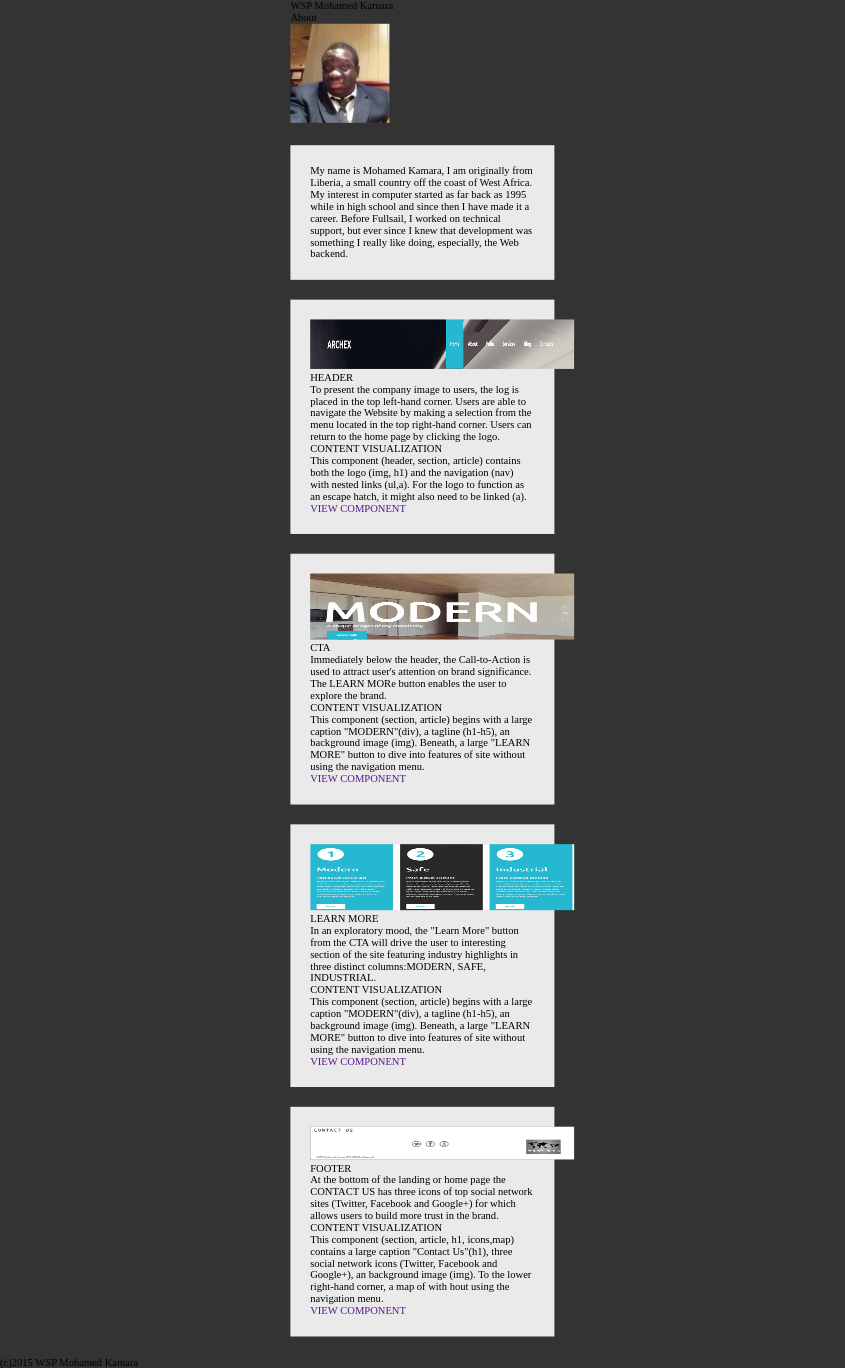
Repository: makamara/WSP_Project
Page: wsp/index.html
These files come from the project's save history. The page is drawn as it stood at one moment and after the next save; the edit follows.
The browser window is 1280 px wide. The pictures show the whole page, at 66% of full size.

Above is the page before, as saved 2015-09-15 17:09:59.

### wsp/index.html
<!DOCTYPE html>
<html>
<head>
	<title>WSP: Mohamed Kamara</title>
	<link rel="stylesheet" type="text/css" href="css/reset.css" />
	<link rel="stylesheet" type="text/css" href="css/main.css" />
</head>
<body>


	<!-- Header -->
	<header>
		<h1>WSP Mohamed Kamara</h1>
	</header>

	<!-- About -->
	<section>
		<h1>About</h1>
		<div class="image">
			<img src="images/art_pix.jpg" alt="Mohamed Kamara" width="150" height="150" />
		</div>
		<article>
		<p>My name is Mohamed Kamara, I am originally from Liberia, a small country off the coast of West Africa. My interest in computer
		started as far back as 1995 while in high school and since then I have made it a career. Before Fullsail, I worked on technical
		support, but ever since I knew that development was something I really like doing, especially, the Web backend.
		</p>
		</article>
	</section>

	<!-- Blog, Components -->
	<section>
		<!-- Header section -->
		<article>

			<img src="images/header.png" alt="Header Section" width="400" height="75" />
			<h1>HEADER</h1>
			<p>To present the company image to users, the log is placed in the top left-hand corner. Users are able to navigate the Website
			by making a selection from the menu located in the top right-hand corner. Users can return to the home page by clicking the logo.
			</p>
			<h2>CONTENT VISUALIZATION</h2>
			<p>This component (header, section, article) contains both the logo (img, h1) and the navigation (nav) with nested links (ul,a).
			For the logo to function as an escape hatch, it might also need to be linked (a).
			</p>
			<p><a href="" class="button">VIEW COMPONENT</a></p>
		</article>
		<!-- CTA section -->
		<article>
			<img src="images/cta.jpg" alt="CTA" width="400" height="100" />
			<h1>CTA</h1>
			<p>Immediately below the header, the Call-to-Action is used to attract user's attention on brand significance.
				The <strong>LEARN MORe</strong> button enables the user to explore the brand.
			</p>
			<h2>CONTENT VISUALIZATION</h2>
			<p>This component (section, article) begins with a large caption "MODERN"(div), a tagline (h1-h5), an background image (img).
			Beneath, a large "LEARN MORE" button to dive into features of site without using the navigation menu.
			</p>
			<p><a href="" class="button">VIEW COMPONENT</a></p>
		</article>
	<!-- LEARN MORE section -->
		<article>
			<img src="images/learnmore.jpg" alt="Learn More" width="400" height="100" />
			<h1>LEARN MORE</h1>
			<p>In an exploratory mood, the "Learn More" button from the CTA will drive the user to interesting section of the site featuring
			industry highlights in three distinct columns:MODERN, SAFE, INDUSTRIAL.

			</p>
			<h2>CONTENT VISUALIZATION</h2>
			<p>This component (section, article) begins with a large caption "MODERN"(div), a tagline (h1-h5), an background image (img).
			Beneath, a large "LEARN MORE" button to dive into features of site without using the navigation menu.
			</p>
			<p><a href="" class="button">VIEW COMPONENT</a></p>
		</article>
		<!-- FOOTER section -->
		<article>
			<img src="images/footer.jpg" alt="Footer" width="400" height="50" />
			<h1>FOOTER</h1>
			<p>At the bottom of the landing or home page the CONTACT US has three icons of top social network sites (Twitter, Facebook and Google+) for
			which allows users to build more trust in the brand.

			</p>
			<h2>CONTENT VISUALIZATION</h2>
			<p>This component (section, article, h1, icons,map) contains a large caption "Contact Us"(h1), three social network icons (Twitter, Facebook and Google+),
				 an background image (img). To the lower right-hand corner, a map of with hout using the navigation menu.
			</p>
			<p><a href="" class="button">VIEW COMPONENT</a></p>
		</article>
	</section>
<footer>(c)2015 WSP Mohamed Kamara</footer>
</body>
</html>

### wsp/css/reset.css
/* CSS RESET
====================================================================================================
====================================================================================================
*/



html, body, div, main, span, applet, object, iframe,
h1, h2, h3, h4, h5, h6, p, blockquote, pre,
a, abbr, acronym, address, big, cite, code,
del, dfn, em, img, ins, kbd, q, s, samp,
small, strike, strong, sub, sup, tt, var,
b, u, i, center,
dl, dt, dd, ol, ul, li,
fieldset, form, label, legend, input, textarea,
table, caption, tbody, tfoot, thead, tr, th, td,
article, aside, canvas, details, embed,
figure, figcaption, footer, header, hgroup,
menu, nav, output, ruby, section, summary,
time, mark, audio, video,
::before, ::after {

	margin: 0; padding: 0;
	border: 0;
	font-size: 100%;
	font: inherit;
	vertical-align: baseline;
	text-decoration: none;

	box-sizing: border-box;

}

// HTML5 - Older browser support
// ======================================================================
article, aside, details, figcaption, figure,
footer, header, hgroup, menu, nav, section {
	display: block;
}


// BODY
// ======================================================================
body { line-height: 1; }


// LISTS - Clear bullets
// ======================================================================
ol, ul { list-style: none; }


// QUOTES
// ======================================================================
blockquote, q { quotes: none; }
blockquote:before, blockquote:after,
q:before, q:after {
	content: '';
	content: none;
}

// TABLES
// ======================================================================
table {
	border-collapse: collapse;
	border-spacing: 0;
}

### wsp/css/main.css
/* Project CSS
============================================================
============================================================*/
body {
    background: #333333;
}

header, section {
    width: 400px;
    margin: 0 auto;
}


/* HEADER ============================== */

/* ABOUT ============================== */

/* COMPONENTS ============================== */
article {
    background: #eaeaea;
    padding: 30px;
    margin: 30px 0;
}

After the next save:
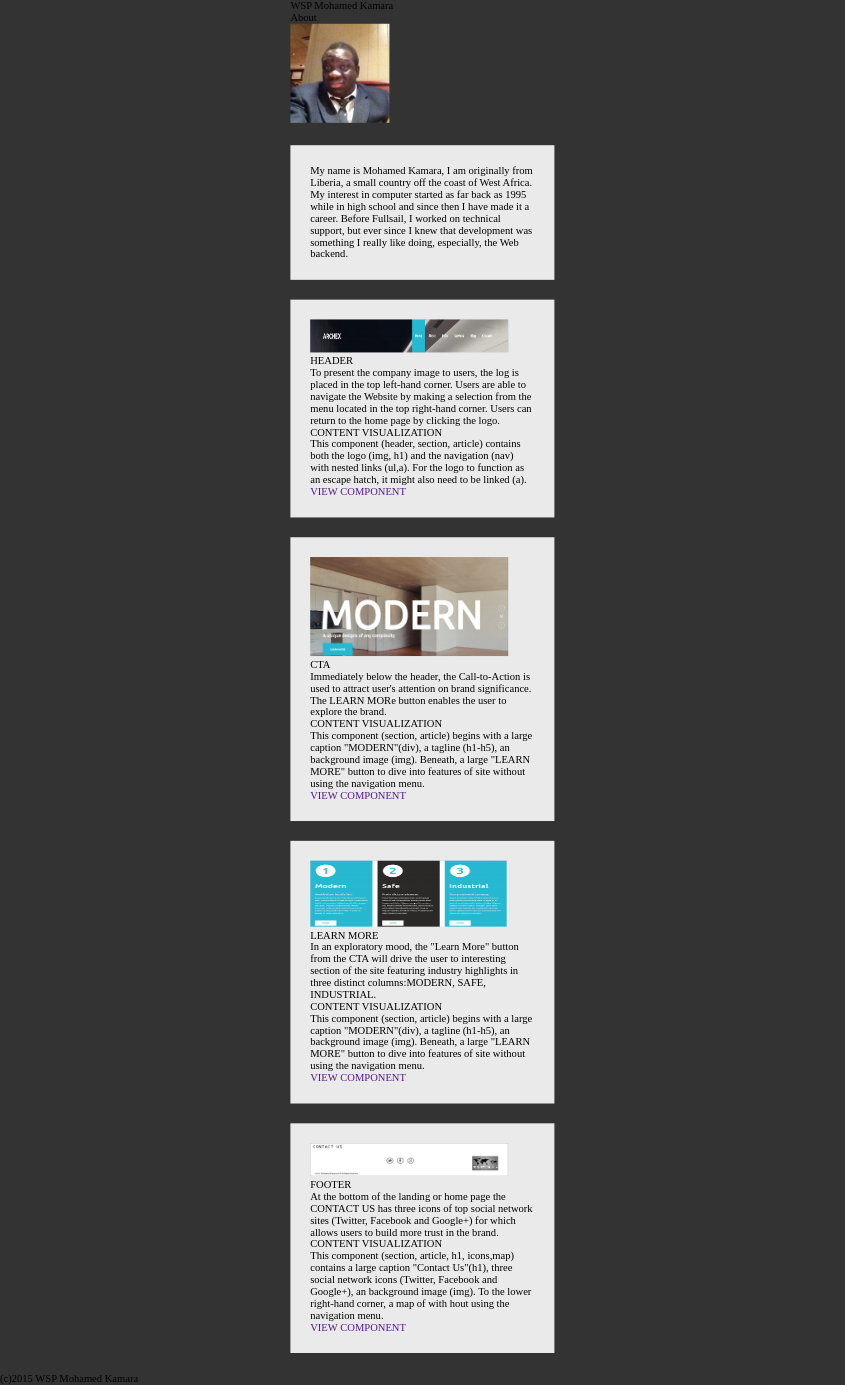
Saved 81 s later.
--- a/wsp/index.html
+++ b/wsp/index.html
@@ -32,7 +32,7 @@
 		<!-- Header section -->
 		<article>
 
-			<img src="images/header.png" alt="Header Section" width="400" height="75" />
+			<img src="images/header.png" alt="Header Section" width="300" height="50" />
 			<h1>HEADER</h1>
 			<p>To present the company image to users, the log is placed in the top left-hand corner. Users are able to navigate the Website
 			by making a selection from the menu located in the top right-hand corner. Users can return to the home page by clicking the logo.
@@ -45,7 +45,7 @@
 		</article>
 		<!-- CTA section -->
 		<article>
-			<img src="images/cta.jpg" alt="CTA" width="400" height="100" />
+			<img src="images/cta.jpg" alt="CTA" width="300" height="150" />
 			<h1>CTA</h1>
 			<p>Immediately below the header, the Call-to-Action is used to attract user's attention on brand significance.
 				The <strong>LEARN MORe</strong> button enables the user to explore the brand.
@@ -58,7 +58,7 @@
 		</article>
 	<!-- LEARN MORE section -->
 		<article>
-			<img src="images/learnmore.jpg" alt="Learn More" width="400" height="100" />
+			<img src="images/learnmore.jpg" alt="Learn More" width="300" height="100" />
 			<h1>LEARN MORE</h1>
 			<p>In an exploratory mood, the "Learn More" button from the CTA will drive the user to interesting section of the site featuring
 			industry highlights in three distinct columns:MODERN, SAFE, INDUSTRIAL.
@@ -72,7 +72,7 @@
 		</article>
 		<!-- FOOTER section -->
 		<article>
-			<img src="images/footer.jpg" alt="Footer" width="400" height="50" />
+			<img src="images/footer.jpg" alt="Footer" width="300" height="50" />
 			<h1>FOOTER</h1>
 			<p>At the bottom of the landing or home page the CONTACT US has three icons of top social network sites (Twitter, Facebook and Google+) for
 			which allows users to build more trust in the brand.
